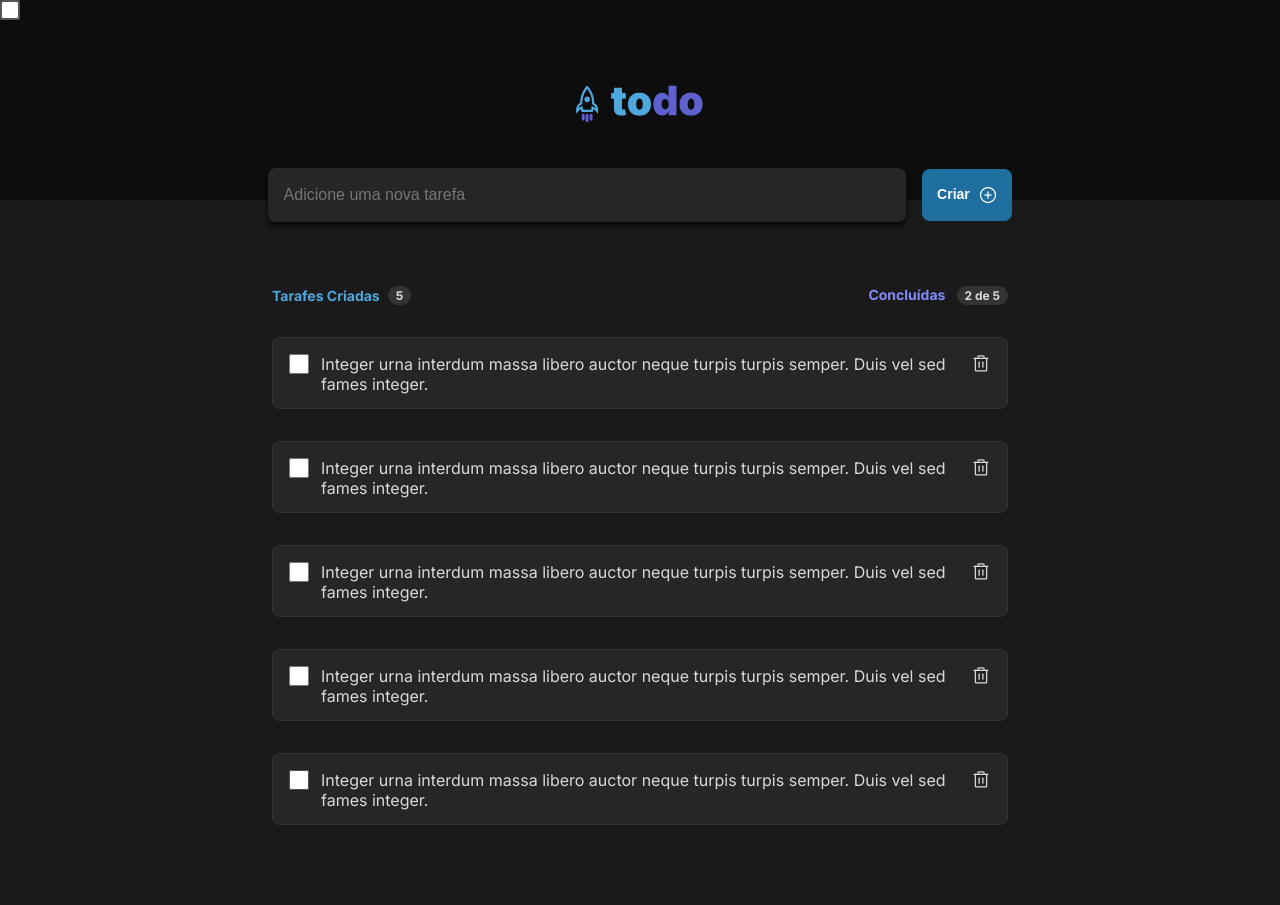
Repository: guilhermecardoso93/todolistreact
Page: /
These files come from the project's save history. The page is drawn as it stood at one moment and after the next save; the edit follows.
The browser window is 1280 px wide. The pictures show the whole page.
The project was rebuilt for these pictures with package versions that can differ from the ones it lists, and the page was loaded fresh each time. Also part of the build but not shown: vite.config.ts.

Above is the page before, as saved 2022-07-02 20:27:02.

### index.html
<!DOCTYPE html>
<html lang="en">
  <head>
    <meta charset="UTF-8" />
    <link rel="icon" type="image/svg+xml" href="/src/favicon.svg" />
    <link rel="preconnect" href="https://fonts.googleapis.com" />
    <link rel="preconnect" href="https://fonts.gstatic.com" crossorigin />
    <meta name="viewport" content="width=device-width, initial-scale=1.0" />
    <link
      href="https://fonts.googleapis.com/css2?family=Inter:wght@400;500;600;700&display=swap"
      rel="stylesheet"
    />
    <title>to do list</title>
  </head>
  <body>
    <div id="root"></div>
    <script type="module" src="/src/main.tsx"></script>
  </body>
</html>

### src/App.tsx
import "./global.css";
import { Header } from "./Header";
import { Tasks } from "./Tasks";

function App() {
  return (
    <>
      <Header />
      <div>
        <Tasks/>
      </div>
    </>
  );
}

export default App;

### src/global.css
:root {
  --white: #fff;

  --gray-100: #f2f2f2;
  --gray-100: #d9d9d9;
  --gray-300: #808080;
  --gray-400: #333333;
  --gray-500: #262626;
  --gray-600: #1a1a1a;
  --gray-700: #0d0d0d;

  --danger: #e25858;

  --purple: #828afa;
  --purple-dark: #5e60ce;

  --blue: #4ea8de;
  --blue-dark: #1e6f9f;
}

* {
  margin: 0;
  padding: 0;
  box-sizing: border-box;
}

body {
  -webkit-font-smoothing: antialiased;
  font-family: 'Inter', sans-serif;
  background: var(--gray-600);
}

### src/Header.tsx
import  Logo  from "./assets/logo.svg";

import styles from "./Header.module.css";

export function Header() {
  return (
    <header className={styles.header}>
      <img src={Logo} alt='logo' className={styles.logo}/>
    </header>
  );
}

### src/Tasks.tsx
import { Trash } from "phosphor-react";
import { TaskBar } from "./TasksBar";
import { TaskList } from "./TasksList";

import styles from "./Tasks.module.css";

export function Tasks() {
  return (
    <div className={styles.content}>
      <TaskBar />
      <div>
        <div className={styles.titles}>
          <div className={styles.titlesMake}>
            <p className={styles.titlesMakeTitle}>Tarafes Criadas</p>
            <p className={styles.titlesMakeTitleNumber}> 5 </p>
          </div>
          <div className={styles.titles}>
            <p className={styles.titlesDoneTitle}>Concluídas</p>
            <p className={styles.titlesDoneTitleNumber}> 2 de 5 </p>
          </div>
        </div>
        <TaskList />
        <TaskList />
        <TaskList />
        <TaskList />
        <TaskList />
      </div>
    </div>
  );
}

### src/Header.module.css
.header {
  height: 12.5rem;
  background: var(--gray-700);
  display: flex;
  justify-content: center;
  align-items: center;
}

.logo {
  height: 4rem;
  width: 8rem;
}

### src/TasksBar.tsx
import { PlusCircle } from "phosphor-react";

import styles from "./TasksBar.module.css";

export function TaskBar() {
  return (
    <div className={styles.container}>
      <input type="text" placeholder="Adicione uma nova tarefa" />
      <button>
        {" "}
        Criar <PlusCircle size={20} />{" "}
      </button>
    </div>
  );
}

### src/TasksList.tsx
import { Trash } from "phosphor-react";

import styles from "./TasksList.module.css";

export function TaskList() {
  return (
    <div>
      <div className={styles.tasksList}>
        <div className={styles.tasksListItem}>
          <div>
            <input type="checkbox" className={styles.tasksListItemCheck} />
          </div>
          <div>
            <p>
              Integer urna interdum massa libero auctor neque turpis turpis
              semper. Duis vel sed fames integer.{" "}
            </p>
          </div>
          <div>
            <button className={styles.delete}>
              <Trash size={20} />{" "}
            </button>
          </div>
        </div>
      </div>
    </div>
  );
}

### src/Tasks.module.css
.content {
  display: flex;
  flex-direction: column;
  align-items: center;
  justify-content: space-between;
  margin: auto;
  margin-bottom: 5rem;

  width: 736px;
  gap: 4rem;
}

.titles {
  display: flex;
  align-itens: center;
  justify-content: space-between;
  gap: 0.7rem;
}

.titlesMake,
.titleDone {
  display: flex;
  flex-direction: row;
  justify-content: center;
  align-items: center;
  gap: 0.5rem;
}
.titlesMakeTitle {
  color: var(--blue);
  font-weight: bold;
  font-weight: 700;
  font-size: 14px;
  line-height: 17px;
}

.titlesDoneTitle {
  color: var(--purple);
  font-weight: bold;
  font-weight: 700;
  font-size: 14px;
  line-height: 17px;
}

.titlesMakeTitleNumber,
.titlesDoneTitleNumber {
  display: flex;
  flex-direction: column;
  justify-content: center;
  align-items: center;

  width: auto;
  padding: 2px 8px;
  height: 19px;

  background: var(--gray-400);
  color: var(--gray-100);
  border-radius: 999px;

  font-style: normal;
  font-weight: 700;
  font-size: 12px;
  line-height: 15px;
}

### src/TasksBar.module.css
.container {
  display: flex;
  align-items: center;
  justify-content: center;
  margin-top: -2rem;
  gap: 1rem;
}

.container input {
  background-color: var(--gray-500);
  color: var(--gray-300);
  width: 39.93rem;
  padding: 1rem;

  font-style: normal;
  font-weight: 400;
  font-size: 1rem;
  line-height: 140%;

  border: 1px solid var(--grey-700);
  box-shadow: 0px 4px 4px rgba(0, 0, 0, 0.25), 0px 4px 4px rgba(0, 0, 0, 0.25),
    0px 4px 4px rgba(0, 0, 0, 0.25);
  border-radius: 8px;
}

.container input:focus {
  color: var(--gray-100);
}

.container button {
  background: var(--blue-dark);
  color: var(--white);
  gap: 0.5rem;
  display: flex;
  align-items: center;
  justify-content: center;
  border-radius: 8px;
  height: 3.25rem;
  width: 5.62rem;
  border: none;

  font-style: normal;
  font-weight: 700;
  font-size: 14px;
  line-height: 140%;
  cursor: pointer;

  transition: 0.2s;
}

.container button:hover {
  background: var(--blue);
}

### src/TasksList.module.css
.tasksList {
  display: flex;
  flex-direction: column;
  gap: 1rem;

  margin-top: 2rem;
}

.tasksListItem {
  display: flex;
  flex-direction: row;
  align-items: flex-start;
  padding: 16px;
  gap: 12px;

  border: 1px solid #333333;
  box-shadow: 0px 2px 8px rgba(0, 0, 0, 0.06);
  border-radius: 8px;
  background: var(--gray-500);
  color: var(--gray-100);

  width: 736px;
  height: 72px;
}

.tasksListItemCheck {
  border-radius: 10px;
  border: 2px solid var(--blue);
  background: none;
  width: 20px;
  height: 20px;
}


input[type=checkbox]:before {
  content: "";
  display: block;
  position: absolute;
  width: 16px;
  height: 16px;
  top: 0;
  left: 0;
  border: 2px solid #555555;
  border-radius: 3px;
  background-color: white;
}


.delete {
  background: none;
  border: none;
  color: var(--gray-100);
  cursor: pointer;

  transition: 0.2s;
}

.delete:hover {
  color: var(--danger);
}

Loaded but not shown: src/main.tsx (common file)

After the next save:
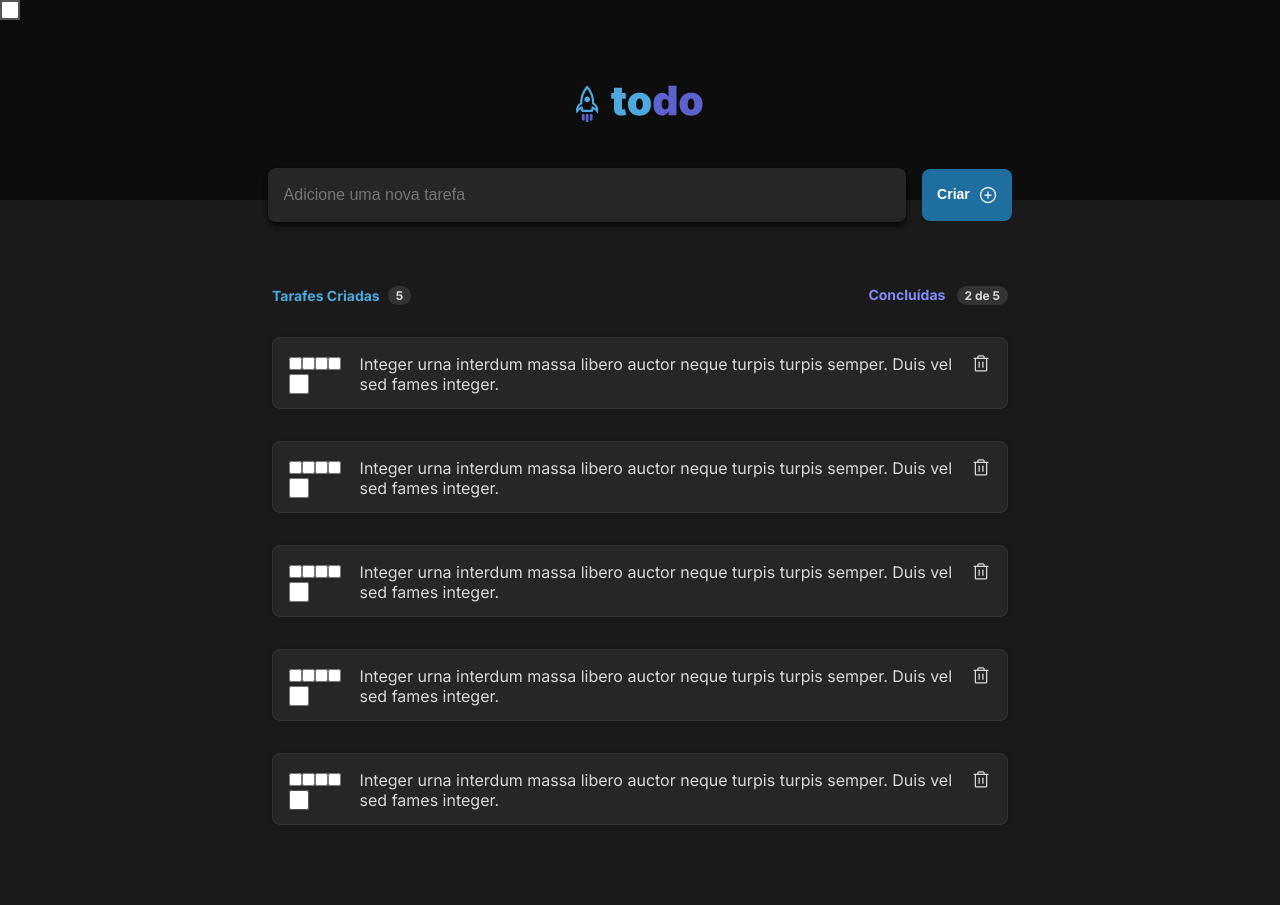
Saved 46 s later.
--- a/src/TasksList.tsx
+++ b/src/TasksList.tsx
@@ -8,6 +8,10 @@ export function TaskList() {
       <div className={styles.tasksList}>
         <div className={styles.tasksListItem}>
           <div>
+            <input type="checkbox" name="a" />
+            <input type="checkbox" name="a" />
+            <input type="checkbox" name="a" />
+            <input type="checkbox" name="a" />
             <input type="checkbox" className={styles.tasksListItemCheck} />
           </div>
           <div>
